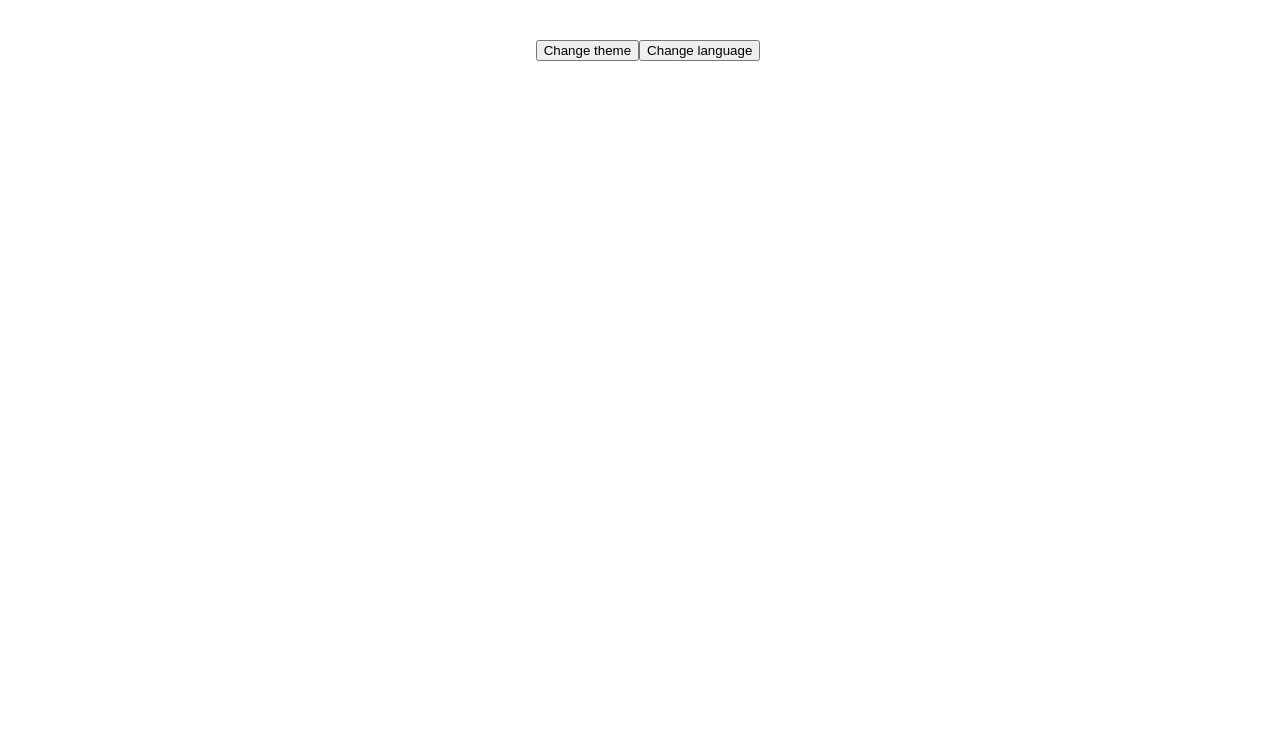
Repository: savannaaaas/contextLanguageTheme
Page: /
These files come from the project's save history. The page is drawn as it stood at one moment and after the next save; the edit follows.
The browser window is 1280 px wide. The page is 1288 px wide, so the pictures cover 1288 px, including what lies to the right of the window. The pictures show the whole page.
The project was rebuilt for these pictures with package versions that can differ from the ones it lists, and the page was loaded fresh each time. Also part of the build but not shown: vite.config.js.

Above is the page before, as saved 2025-07-11 17:12:13.

After the next save:
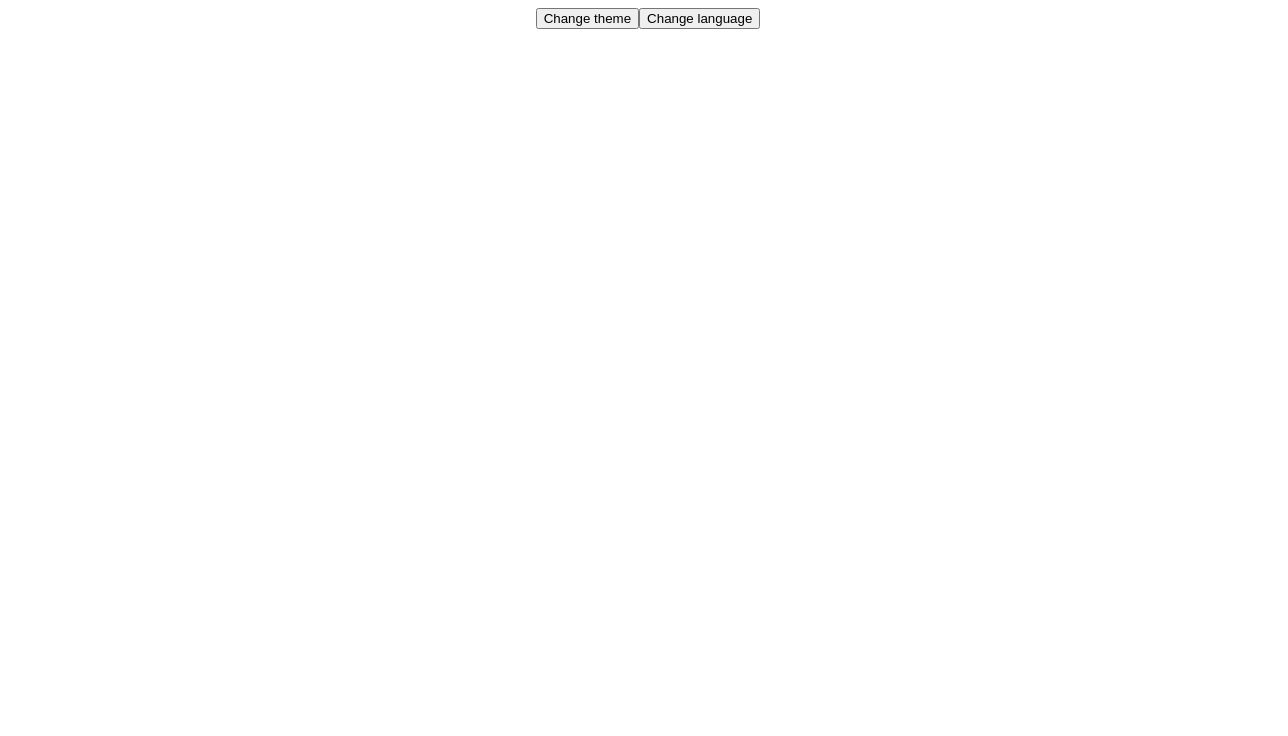
Saved 16 s later.
--- a/src/App.jsx
+++ b/src/App.jsx
@@ -7,7 +7,7 @@ function App() {
 
   const themeStyle = {
     backgroundColor: theme === "light" ? "#fff" : "black",
-    padding: "2em",
+    padding: "0em",
     height: "100vh",
     width: "100vw",
     boxSizing: "border-box",
